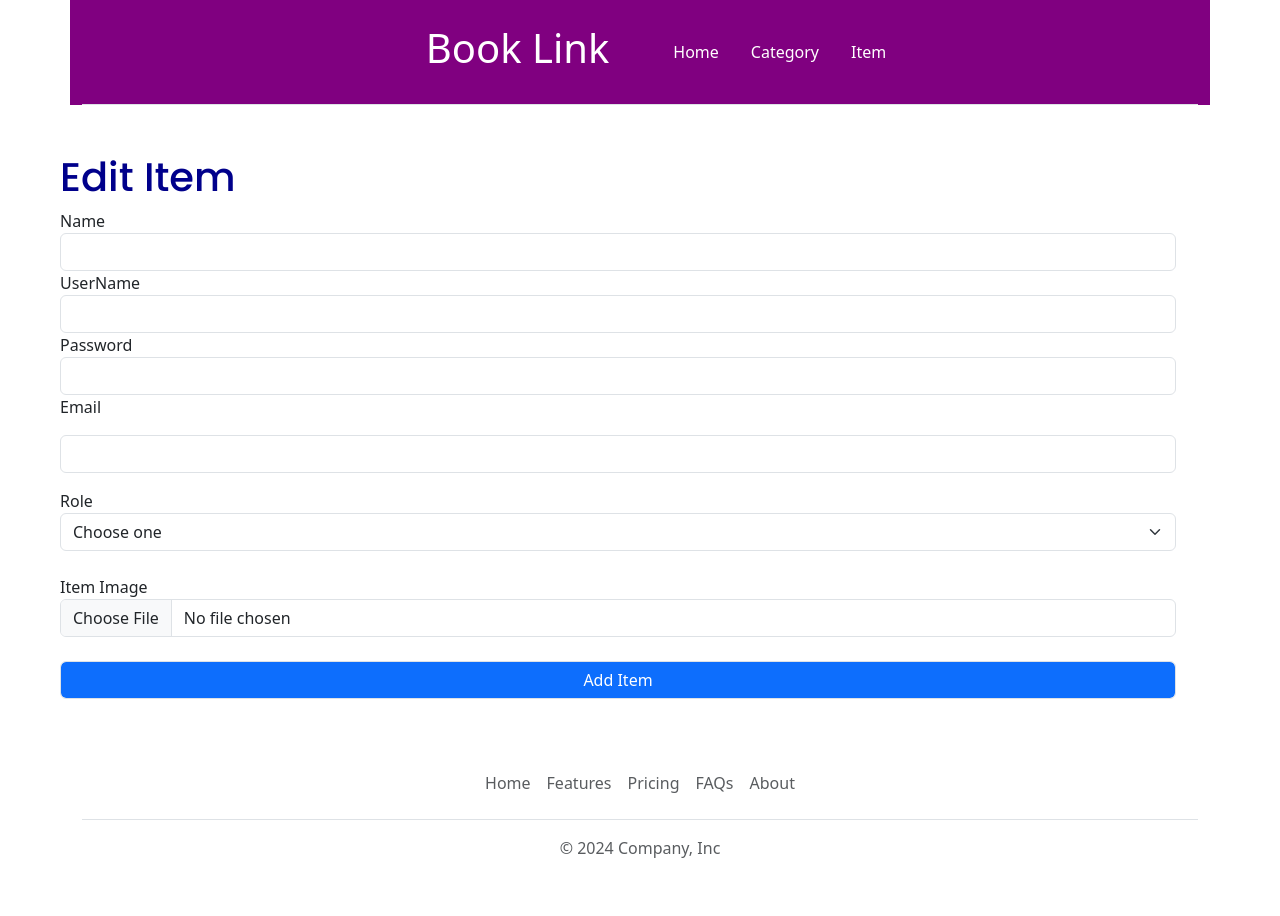
Repository: nyeinsu4520/coursera-test
Page: http://localhost/edit_member
An editor plug-in stored every save of this project. The page is shown before and after the next save, followed by the edit.
The browser window is 1280 px wide. The pictures show the whole page.
Some web fonts or font styles are not loaded; a fallback is used. The page is this project's Thymeleaf template; nobody is signed in. The template is opened directly, without the code that normally fills it, so the values that code supplies are empty.

Above is the page before, as saved 2024-05-29 04:34:14.

### BookLink/src/main/resources/templates/edit_member.html
<!DOCTYPE html>
<html xmlns="www.thymeleaf.org">
<html>
<head>
<meta charset="ISO-8859-1">
<title>Add Item </title>
<link rel="stylesheet" href="/bootstrap/css/bootstrap.min.css">
<script type="text/javascript" src="../static/bootstrap/js/bootstrap.bundle.min.js"></script>
<link rel="preconnect" href="https://fonts.googleapis.com">
<link rel="preconnect" href="https://fonts.gstatic.com" crossorigin>
<link href="https://fonts.googleapis.com/css2?family=Jersey+20&family=Jersey+25&family=Josefin+Sans:ital,wght@0,100..700;1,100..700&family=Noto+Sans+Myanmar:wght@100;200;300;400;500;600;700;800;900&family=Nunito+Sans:ital,opsz,wght@0,6..12,200..1000;1,6..12,200..1000&family=Padauk:wght@400;700&family=Platypi:ital,wght@0,300..800;1,300..800&family=Poppins:ital,wght@0,100;0,200;0,300;0,400;0,500;0,600;0,700;0,800;0,900;1,100;1,200;1,300;1,400;1,500;1,600;1,700;1,800;1,900&family=Roboto:ital,wght@0,100;0,300;0,400;0,500;0,700;0,900;1,100;1,300;1,400;1,500;1,700;1,900&display=swap" rel="stylesheet">


</head>
<body>
<div th:replace="fragment/header"></div>

  <div class="container m-5">
  <h1 style="font-family: 'Poppins', sans-serif; color:darkblue;">Edit Item</h1>
  <form th:object="${member}" th:action="@{/member/edit/{id} (id=${member.id})}" method="post" enctype="multipart/form-data">
  	<label>Name</label>
 	<input class="form-control" th:field="*{name}" type="text" aria-label="default input example">
 	<label>UserName</label>
 	<input class="form-control" th:field="*{username}" type="text" aria-label="default input example">
 	<label>Password</label>
 	<input class="form-control" th:field="*{password}" type="password" aria-label="default input example">
 	<label>Email</label>
 	<input class="form-control my-3" th:field="*{email}" type="text" aria-label="default input example">
 	<label>Role</label>
 	<select class="form-select" th:field="*{role}">
 	<option value="">Choose one</option>
 		<option value="ROLE_USER">USER</option>
 	 	<option value="ROLE_ADMIN">Admin</option>
 	</select>
 	<br>
 	<label>Item Image</label>
 	<input type="file" class="form-control"  name="itemImage" accept="image/*">

 	<br>
 	<input class="form-control text-white bg-primary" type="submit" value="Add Item"  >
  </form>

  </div>
	<div th:replace="fragment/footer"></div>

</body>
</html>

### BookLink/src/main/resources/templates/fragment/header.html
<!DOCTYPE html>
<html>
<head>
<meta charset="ISO-8859-1">
<title>Insert title here</title>

<link rel="stylesheet" href="/bootstrap/css/bootstrap.min.css">
<script type="text/javascript" src="../static/bootstrap/js/bootstrap.bundle.min.js"></script>
<link rel="preconnect" href="https://fonts.googleapis.com">
<link rel="preconnect" href="https://fonts.gstatic.com" crossorigin>
<link href="https://fonts.googleapis.com/css2?family=Jersey+20&family=Jersey+25&family=Josefin+Sans:ital,wght@0,100..700;1,100..700&family=Noto+Sans+Myanmar:wght@100;200;300;400;500;600;700;800;900&family=Nunito+Sans:ital,opsz,wght@0,6..12,200..1000;1,6..12,200..1000&family=Padauk:wght@400;700&family=Platypi:ital,wght@0,300..800;1,300..800&family=Poppins:ital,wght@0,100;0,200;0,300;0,400;0,500;0,600;0,700;0,800;0,900;1,100;1,200;1,300;1,400;1,500;1,600;1,700;1,800;1,900&family=Roboto:ital,wght@0,100;0,300;0,400;0,500;0,700;0,900;1,100;1,300;1,400;1,500;1,700;1,900&display=swap" rel="stylesheet">
<style>
.navbar-purple {
    background-color: purple;
}

.navbar-purple .nav-link {
    color: white !important;
}
</style>


</head>
<body>
<div class="container  navbar-purple">
    <header class="d-flex flex-wrap justify-content-center py-3 mb-4 border-bottom">
    <nav class="navbar">
     <h1 class="px-5 text-white">Book Link</h1>
      <ul class="nav nav-pills purple-nav-link">
        <li class="nav-item"><a href="/" class="nav-link " aria-current="page">Home</a></li>
        <li class="nav-item"><a href="/categories" class="nav-link">Category</a></li>
        <li class="nav-item"><a href="/view" class="nav-link">Item</a></li>
      </ul>
     </nav>
    </header>
  </div>
</body>
</html>

### BookLink/src/main/resources/templates/fragment/footer.html
<!DOCTYPE html>
<html>
<head>
<meta charset="ISO-8859-1">
<title>Insert title here</title>

<link rel="stylesheet" href="/bootstrap/css/bootstrap.min.css">
<script type="text/javascript" src="../static/bootstrap/js/bootstrap.bundle.min.js"></script>
<link rel="preconnect" href="https://fonts.googleapis.com">
<link rel="preconnect" href="https://fonts.gstatic.com" crossorigin>
<link href="https://fonts.googleapis.com/css2?family=Jersey+20&family=Jersey+25&family=Josefin+Sans:ital,wght@0,100..700;1,100..700&family=Noto+Sans+Myanmar:wght@100;200;300;400;500;600;700;800;900&family=Nunito+Sans:ital,opsz,wght@0,6..12,200..1000;1,6..12,200..1000&family=Padauk:wght@400;700&family=Platypi:ital,wght@0,300..800;1,300..800&family=Poppins:ital,wght@0,100;0,200;0,300;0,400;0,500;0,600;0,700;0,800;0,900;1,100;1,200;1,300;1,400;1,500;1,600;1,700;1,800;1,900&family=Roboto:ital,wght@0,100;0,300;0,400;0,500;0,700;0,900;1,100;1,300;1,400;1,500;1,700;1,900&display=swap" rel="stylesheet">

</head>
<body>


<div class="container">
  <footer class="py-3 my-4">
    <ul class="nav justify-content-center border-bottom pb-3 mb-3">
      <li class="nav-item"><a href="#" class="nav-link px-2 text-body-secondary">Home</a></li>
      <li class="nav-item"><a href="#" class="nav-link px-2 text-body-secondary">Features</a></li>
      <li class="nav-item"><a href="#" class="nav-link px-2 text-body-secondary">Pricing</a></li>
      <li class="nav-item"><a href="#" class="nav-link px-2 text-body-secondary">FAQs</a></li>
      <li class="nav-item"><a href="#" class="nav-link px-2 text-body-secondary">About</a></li>
    </ul>
    <p class="text-center text-body-secondary">&copy; 2024 Company, Inc</p>
  </footer>
</div>
</body>
</html>

Loaded but not shown: BookLink/src/main/resources/static/bootstrap/css/bootstrap.min.css (library); BookLink/src/main/resources/static/bootstrap/js/bootstrap.bundle.min.js (library)

After the next save:
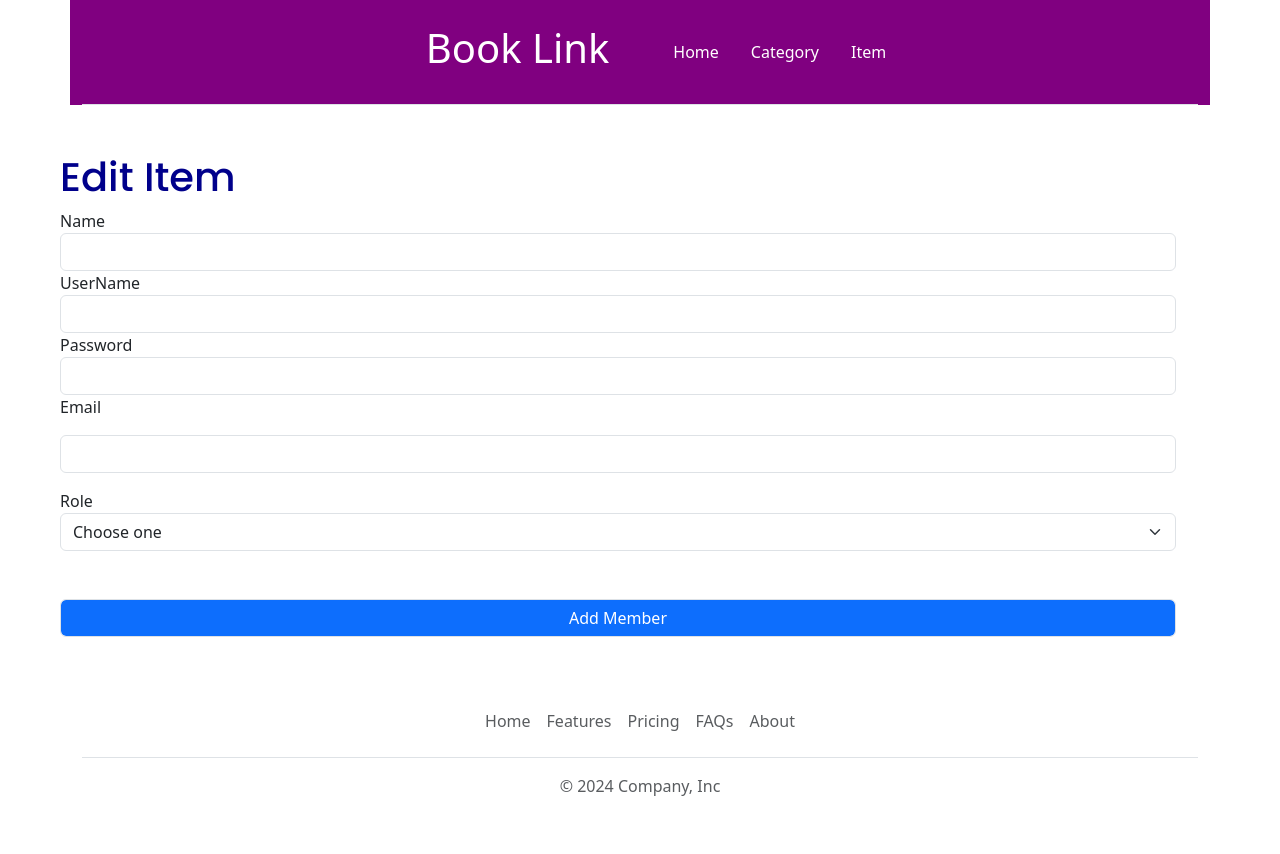
Saved 15 s later.
--- a/BookLink/src/main/resources/templates/edit_member.html
+++ b/BookLink/src/main/resources/templates/edit_member.html
@@ -33,11 +33,9 @@
  	 	<option value="ROLE_ADMIN">Admin</option>
  	</select>
  	<br>
- 	<label>Item Image</label>
- 	<input type="file" class="form-control"  name="itemImage" accept="image/*">
 
  	<br>
- 	<input class="form-control text-white bg-primary" type="submit" value="Add Item"  >
+ 	<input class="form-control text-white bg-primary" type="submit" value="Add Member"  >
   </form>
 
   </div>
